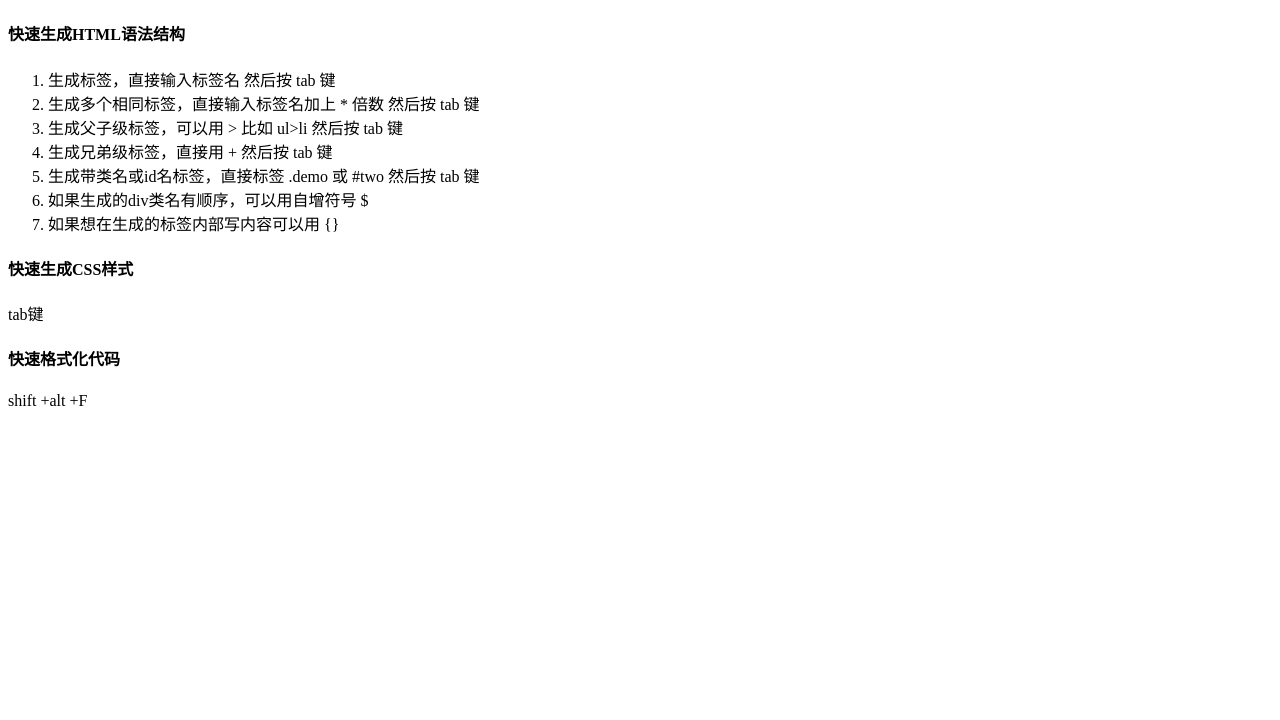
Repository: zhengdeya/web-based
Page: 18-Emmet语法.html
The author's editor kept a copy of each file at every save. The page is drawn from the files as they stood at one save, then again after the next save.
The browser window is 1280 px wide. The pictures show the whole page.

Above is the page before, as saved 2021-03-28 17:13:57.

### 18-Emmet语法.html
<!DOCTYPE html>
<html lang="en">

<head>
    <meta charset="UTF-8">
    <meta http-equiv="X-UA-Compatible" content="IE=edge">
    <meta name="viewport" content="width=device-width, initial-scale=1.0">
    <title>Emmet语法</title>
    <style>
        li {
            width: 700px;
        }
    </style>
</head>

<body>
    <h4>快速生成HTML语法结构</h4>
    <ol>
        <li>生成标签，直接输入标签名 然后按 tab 键</li>
        <li>生成多个相同标签，直接输入标签名加上 * 倍数 然后按 tab 键</li>
        <li>生成父子级标签，可以用 > 比如 ul>li 然后按 tab 键</li>
        <li>生成兄弟级标签，直接用 + 然后按 tab 键</li>
        <li>生成带类名或id名标签，直接标签 .demo 或 #two 然后按 tab 键</li>
        <li>如果生成的div类名有顺序，可以用自增符号 $</li>
        <li>如果想在生成的标签内部写内容可以用 {} </li>
    </ol>
    <h4>快速生成CSS样式</h4>
    <p>tab键</p>
    <h4>快速格式化代码</h4>
    <p>shift +alt +F</p>

</body>

</html>

After the next save:
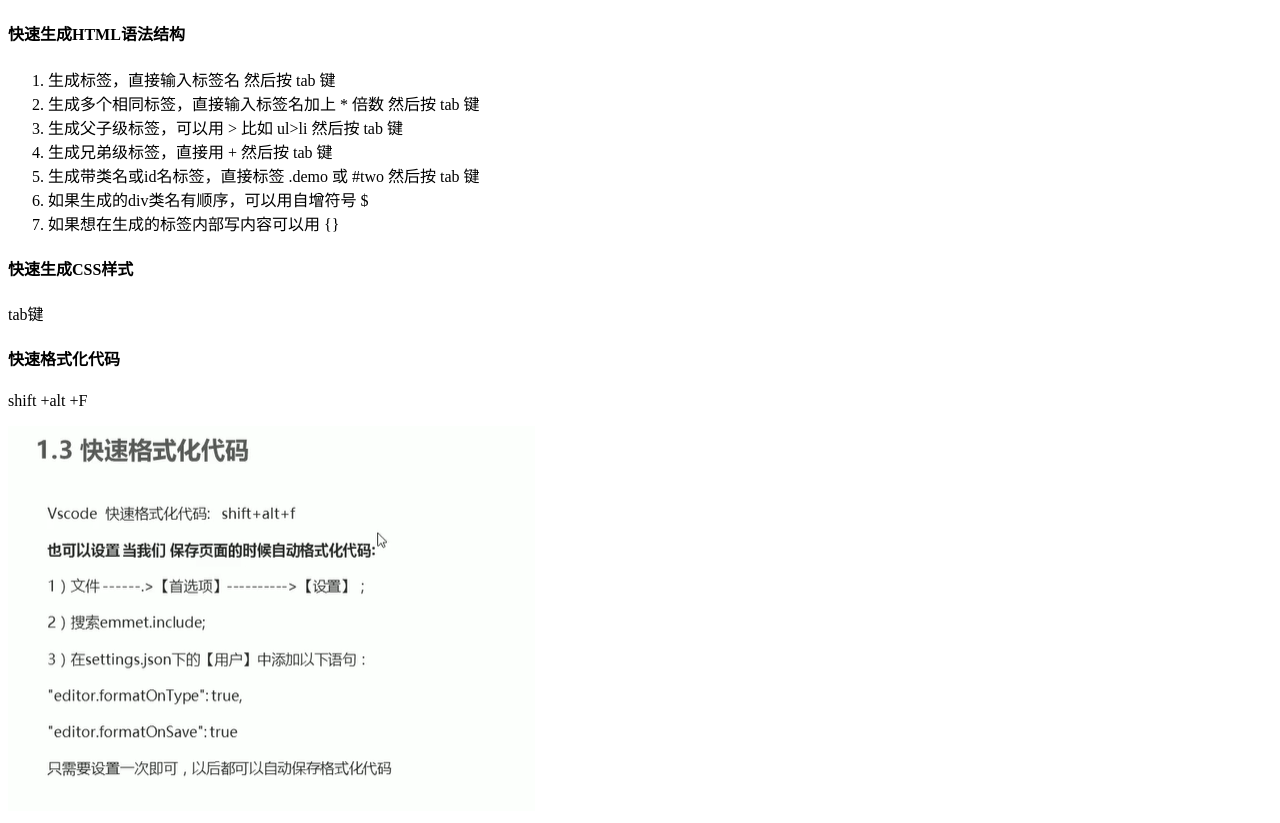
Saved 98 s later.
--- a/18-Emmet语法.html
+++ b/18-Emmet语法.html
@@ -28,6 +28,7 @@
     <p>tab键</p>
     <h4>快速格式化代码</h4>
     <p>shift +alt +F</p>
+    <img src="imgs/快速自动格式化代码.PNG" alt="">
 
 </body>
 
